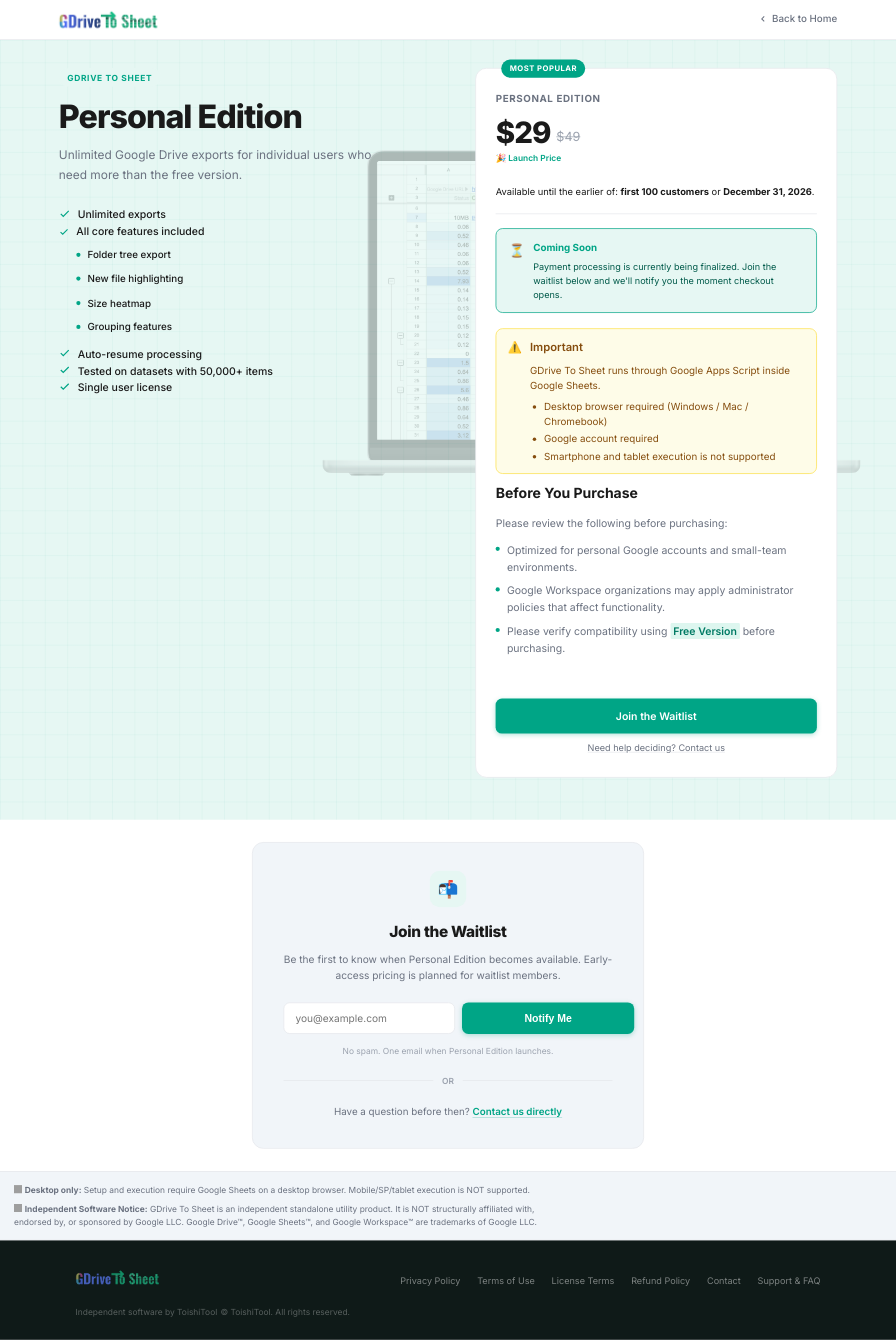
Repository: toishitool/gdrive-to-sheet
Page: personal-edition.html
An editor plug-in stored every save of this project. The page is shown before and after the next save, followed by the edit.
The browser window is 1280 px wide. The pictures show the whole page, at 70% of full size.
Pictures or frames that could not be fetched are drawn as grey boxes.

Above is the page before, as saved 2026-06-24 20:17:05.

### personal-edition.html
<!DOCTYPE html>
<html lang="en" class="scroll-smooth">

<head>
  <meta charset="UTF-8" />
  <meta name="viewport" content="width=device-width, initial-scale=1.0" />
  <title>Personal Edition – GDrive To Sheet</title>
  <meta name="description"
    content="Unlimited Google Drive exports for individual users. Personal Edition launch pricing — coming soon." />
  <link rel="canonical" href="https://toishitool.github.io/gdrive-to-sheet/personal-edition.html" />

  <link rel="preconnect" href="https://fonts.googleapis.com" />
  <link rel="preconnect" href="https://fonts.gstatic.com" crossorigin />
  <link href="https://fonts.googleapis.com/css2?family=Inter:wght@300;400;500;600;700;800&display=swap"
    rel="stylesheet" />

  <link rel="stylesheet" href="style.css">
</head>

<body>
  <div id="header-container"></div>
  <section class="hero grid-bg" aria-label="Personal Edition" style="
    background-color: var(--primary-light);
">


    <img src="images/Macbook_Air_M2_Silver_Flatten.png" alt="Google Sheet Copy Document Interface" style="
    position: absolute;
    top: 35%;
    left: 66%;
    transform: translate(-50%, -50%);
    width: 60%;
    height: auto;
    opacity: 0.25;
    z-index: 0;
    pointer-events: none;
    max-height: 600px;
  ">


    <div class="container">
      <div class="hero-grid">

        <div class="hero-copy">
          <span class="eyebrow">GDrive To Sheet</span>
          <h1>Personal Edition</h1>
          <p class="sub">Unlimited Google Drive exports for individual users who need more than the free version.</p>
          <div class="feature-container">
            <ul class="feature-list">
              <li><svg width="17" height="17" fill="none" stroke="currentColor" stroke-width="2.5" viewBox="0 0 24 24">
                  <polyline points="20 6 9 17 4 12" />
                </svg> Unlimited exports</li>
              <li style="display: block;">
                <div style="display: flex; align-items: center; gap: 10px;">
                  <svg width="15" height="15" fill="none" stroke="var(--primary)" stroke-width="2.5"
                    viewBox="0 0 24 24">
                    <polyline points="20 6 9 17 4 12" />
                  </svg>
                  <span>All core features included</span>
                </div>
                <ul
                  style="list-style: none; padding-left: 25px; margin-top: 10px; margin-bottom: 16px; display: flex; flex-direction: column; gap: 12px;">
                  <li style="display: flex; align-items: center; gap: 10px; font-size: 14px;">
                    <span
                      style="width: 6px; height: 6px; background-color: var(--primary); border-radius: 50%; flex-shrink: 0;"></span>
                    <span>Folder tree export</span>
                  </li>
                  <li style="display: flex; align-items: center; gap: 10px; font-size: 14px;">
                    <span
                      style="width: 6px; height: 6px; background-color: var(--primary); border-radius: 50%; flex-shrink: 0;"></span>
                    <span>New file highlighting</span>
                  </li>
                  <li style="display: flex; align-items: center; gap: 10px; font-size: 14px;">
                    <span
                      style="width: 6px; height: 6px; background-color: var(--primary); border-radius: 50%; flex-shrink: 0;"></span>
                    <span>Size heatmap</span>
                  </li>
                  <li style="display: flex; align-items: center; gap: 10px; font-size: 14px;">
                    <span
                      style="width: 6px; height: 6px; background-color: var(--primary); border-radius: 50%; flex-shrink: 0;"></span>
                    <span>Grouping features</span>
                  </li>
                </ul>
              </li>
              <li><svg width="17" height="17" fill="none" stroke="currentColor" stroke-width="2.5" viewBox="0 0 24 24">
                  <polyline points="20 6 9 17 4 12" />
                </svg> Auto-resume processing</li>
              <li><svg width="17" height="17" fill="none" stroke="currentColor" stroke-width="2.5" viewBox="0 0 24 24">
                  <polyline points="20 6 9 17 4 12" />
                </svg> Tested on datasets with 50,000+ items</li>
              <li><svg width="17" height="17" fill="none" stroke="currentColor" stroke-width="2.5" viewBox="0 0 24 24">
                  <polyline points="20 6 9 17 4 12" />
                </svg> Single user license</li>

            </ul>
          </div>
        </div>
        <div class="price-card">
          <span class="price-card-badge">Most Popular</span>
          <div class="price-name">Personal Edition</div>
          <div class="price-amount">
            <span class="price-now">$29</span>
            <span class="price-was">$49</span>
          </div>
          <div class="price-label-row">
            <span class="launch">🎉 Launch Price</span>
          </div>
          <div class="launch-notice">
            <small> Available until the earlier of: <strong>first 100 customers</strong> or <strong>December 31, 2026</strong>. </small> </div>
          <div class="price-divider"></div>

          <div class="coming-soon">
            <span class="cs-icon">⏳</span>
            <div>
              <h3>Coming Soon</h3>
              <p>Payment processing is currently being finalized. Join the waitlist below and we'll notify you the
                moment checkout opens.</p>
            </div>
          </div>


                    <div class="highlight-card light-notice">
  <span class="cs-icon">⚠️</span>
  <div><h3>Important</h3><p>
    GDrive To Sheet runs through Google Apps Script inside Google Sheets.
  </p>

  <ul>
    <li>Desktop browser required (Windows / Mac / Chromebook)</li>
    <li>Google account required</li>
    <li>Smartphone and tablet execution is not supported</li>
  </ul>
</div></div>

          <div class="policy-section">
            <h2>Before You Purchase</h2>
            <p>Please review the following before purchasing:</p>
            <ul>
              <li>Optimized for personal Google accounts and small-team environments.</li>
              <li>Google Workspace organizations may apply administrator policies that affect functionality.</li>
              <li>
                <div>Please verify compatibility using <a href="free-download.html"
                    class="hover-underline bg-highlight"><strong style="color: var(--primary-dark);">Free
                      Version</strong></a> before purchasing.</div>
              </li>

            </ul>
          </div>

          <a href="#waitlist" class="btn btn-primary price-card-btn">Join the Waitlist</a>
          <a href="#waitlist" class="price-secondary-link">Need help deciding? Contact us</a>
        </div>
      </div>
    </div>
  </section>

  <section class="waitlist" id="waitlist" aria-labelledby="waitlist-heading" style="
    padding: 32px 0;
">
    <div class="container">
      <div class="waitlist-card">
        <div class="w-icon">📬</div>
        <h2 id="waitlist-heading">Join the Waitlist</h2>
        <p class="desc">Be the first to know when Personal Edition becomes available.
          Early-access pricing is planned for waitlist members.</p>

        <form class="waitlist-form" id="waitlist-form"
          action="https://docs.google.com/forms/d/e/1FAIpQLSe7KbdaFORFnTP64CwD7AC8NbCqmuysNHLGelfU1iEScVxCIA/formResponse"
          method="POST" target="hidden_iframe" >

          <input type="email" name="entry.1918369019" placeholder="you@example.com" required
            aria-label="Email address" />
          <button type="submit" class="btn btn-primary">Notify Me</button>
        </form>
        <iframe name="hidden_iframe" id="hidden_iframe" style="display:none;"></iframe>


        <div class="waitlist-success" id="waitlist-success" style="display:none;">
          <svg width="16" height="16" fill="none" stroke="currentColor" stroke-width="2.5" viewBox="0 0 24 24">
            <polyline points="20 6 9 17 4 12" />
          </svg>
          Thanks! We'll email you when checkout opens.
        </div>

        <!-- 4. JavaScript処理 -->
        <p class="waitlist-note">No spam. One email when Personal Edition launches.</p>
        <div class="waitlist-divider">OR</div>
        <p style="font-size:14px;color:var(--text-muted);">
          Have a question before then? <a href="mailto:toishitool@gmail.com" class="contact-link">Contact us
            directly</a>
        </p>
      </div>
    </div>
  </section>


  <div id="notice-container" class="notice-container"></div>
  <div id="footer-container"></div>
  <script src="js/common.js"></script>



</body>

</html>

### header.html
<nav aria-label="Main navigation">
  <div class="nav-inner">
    <a href="index.html" class="nav-logo">
      <img src="images/logo_gdrivetosheet.png" alt="GDrive To Sheet" />
    </a>
    <a href="index.html" class="nav-back hover-underline">
      <svg width="14" height="14" fill="none" stroke="currentColor" stroke-width="2.5" viewBox="0 0 24 24"><polyline points="15 18 9 12 15 6"/></svg>
      Back to Home
    </a>
  </div>
</nav>

### footer.html
<footer role="contentinfo" class="footer">
  <div class="container">
    <div class="footer-inner">
      <a href="index.html" class="footer-logo">
        <img src="images/logo_gdrivetosheet_dk.png" alt="GDrive To Sheet Home" />
      </a>

      <div class="footer-links">
        <a href="privacy-policy.html">Privacy Policy</a>
        <a href="terms.html">Terms of Use</a>
        <a href="license.html">License Terms</a>
        <a href="refund-policy.html">Refund Policy</a>
        <a href="contact.html">Contact</a>
        <a href="support.html">Support &amp; FAQ</a>
      </div>

      <div class="footer-bottom-text">
        <span class="footer-copy">Independent software by ToishiTool</span>
        <span class="footer-copy">
          © <span id="year"></span> ToishiTool. All rights reserved.
        </span>

        <script>
          document.getElementById("year").textContent =
            new Date().getFullYear();
        </script>
      </div>
    </div>
  </div>
</footer>

### notice.html

<div class="notice-block">
  <p> <img src="https://cdn.jsdelivr.net/gh/twitter/twemoji@14.0.2/assets/72x72/1f4bb.png" alt="💻" style="width: 1em; height: 1em; vertical-align: -0.1em;">
     <strong>Desktop only:</strong> Setup and execution require Google Sheets on a desktop browser. Mobile/SP/tablet execution is NOT supported. </p>
    <p><img src="https://fonts.gstatic.com/s/e/notoemoji/latest/1f54a/emoji.svg" alt="🕊️" style="width: 1em; height: 1em; vertical-align: -0.1em;">
      <strong>Independent Software Notice:</strong> GDrive To Sheet is an independent standalone utility
      product. It is NOT structurally affiliated with, endorsed by, or sponsored by Google LLC. Google Drive™, Google
      Sheets™, and Google Workspace™ are trademarks of Google LLC.</p>
  </div>

Loaded but not shown: js/common.js (157 lines, source omitted); style.css (3449 lines, source omitted)

After the next save:
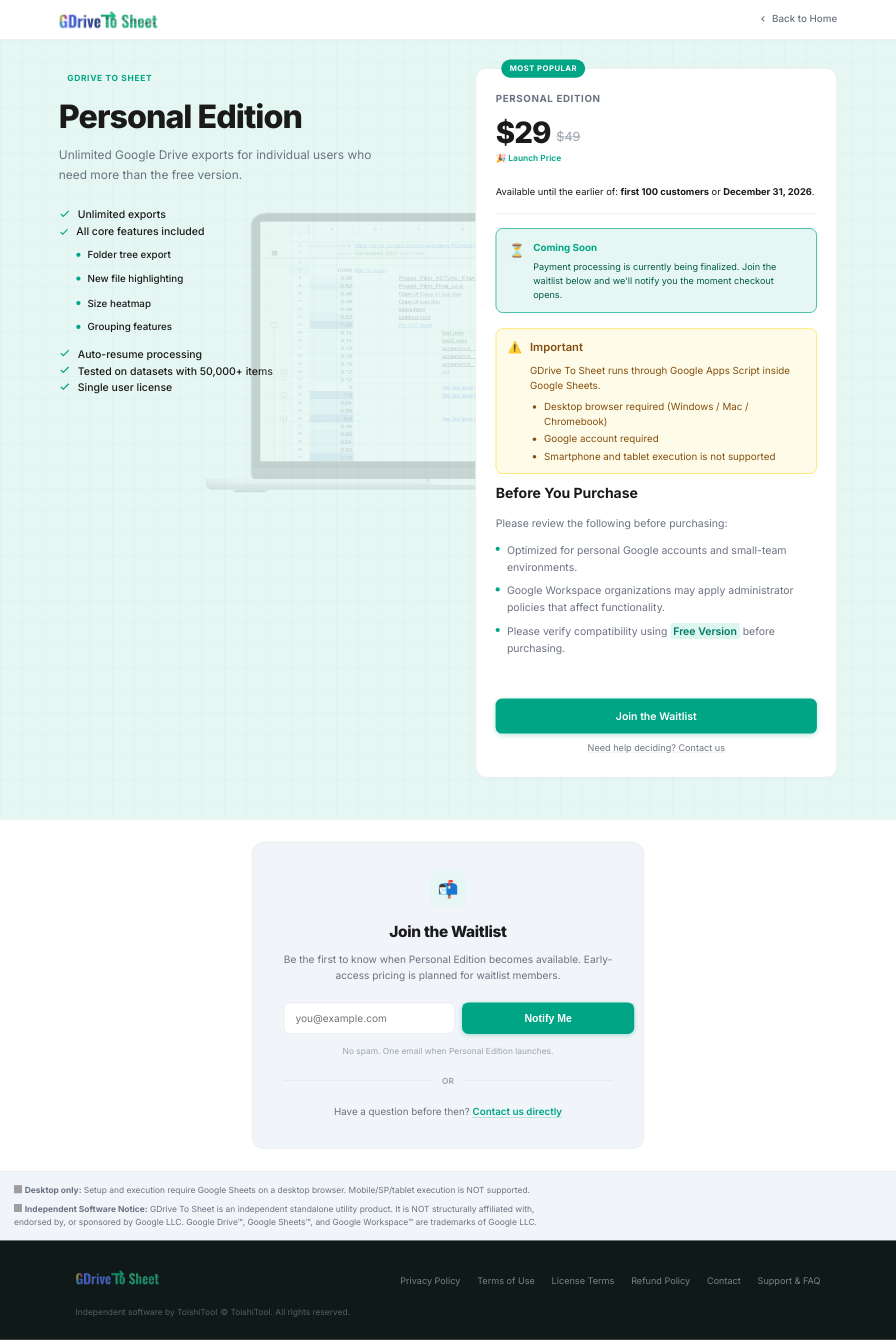
Saved 66 s later.
--- a/personal-edition.html
+++ b/personal-edition.html
@@ -26,15 +26,15 @@
 
     <img src="images/Macbook_Air_M2_Silver_Flatten.png" alt="Google Sheet Copy Document Interface" style="
     position: absolute;
-    top: 35%;
-    left: 66%;
+    top: 40%;
+    left: 53%;
     transform: translate(-50%, -50%);
     width: 60%;
     height: auto;
-    opacity: 0.25;
+    opacity: 0.15;
     z-index: 0;
     pointer-events: none;
-    max-height: 600px;
+    max-height: 400px;
   ">
 
 
